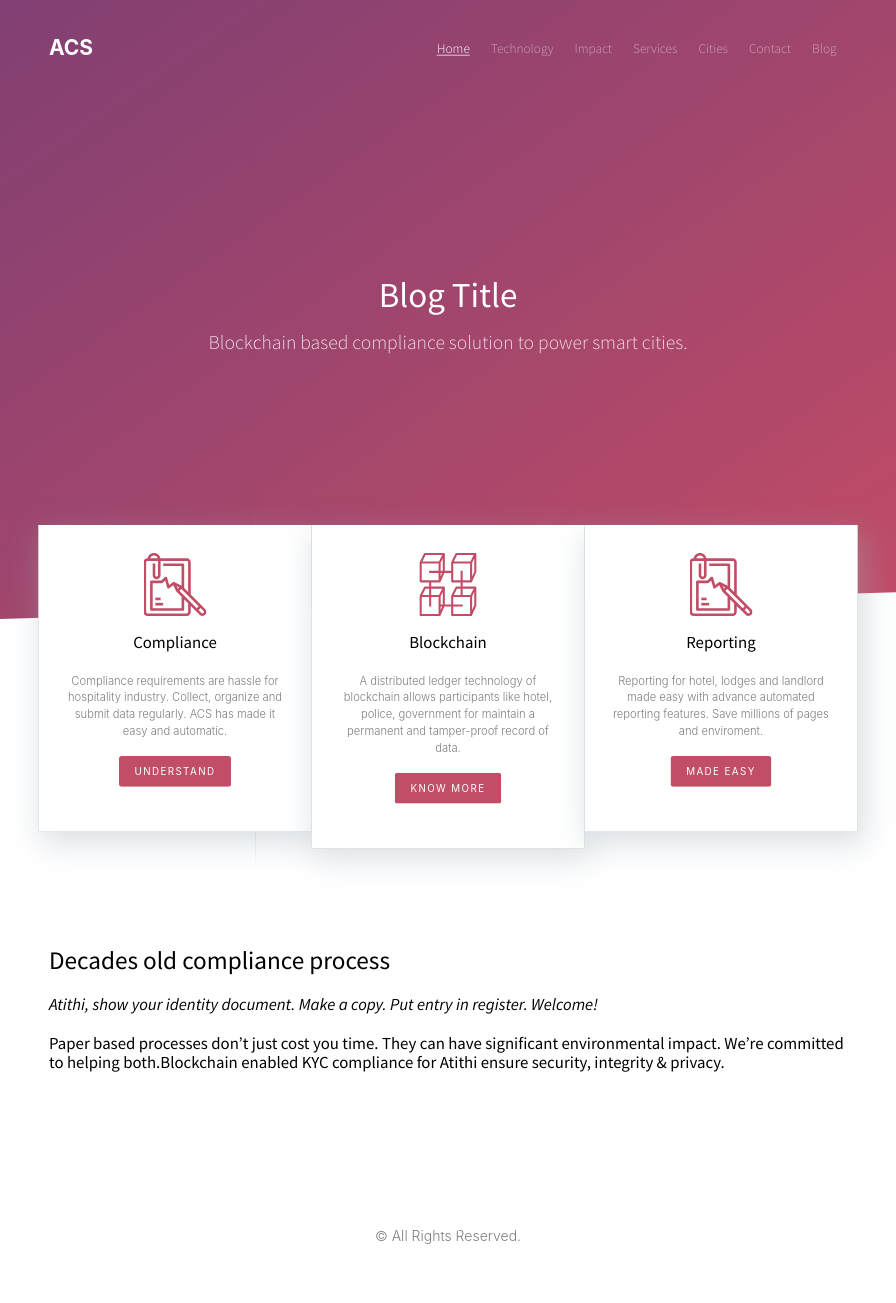
Repository: agarwalrahul-22/acs
Page: /blog
These files come from the project's save history. The page is drawn as it stood at one moment and after the next save; the edit follows.
The browser window is 1280 px wide. The pictures show the whole page, at 70% of full size.
Some web fonts or font styles are not loaded; a fallback is used. The project was rebuilt for these pictures with package versions that can differ from the ones it lists, and the page was loaded fresh each time. Also part of the build but not shown: src/components/main/LandingComponent.js, src/components/main/TechComponent.js, src/components/main/ImpactComponent.js, src/components/main/ServicesComponent.js, src/components/main/CitiesComponent.js, src/components/MainComponent.js.

Above is the page before, as saved 2022-10-10 21:58:22.

After the next save:
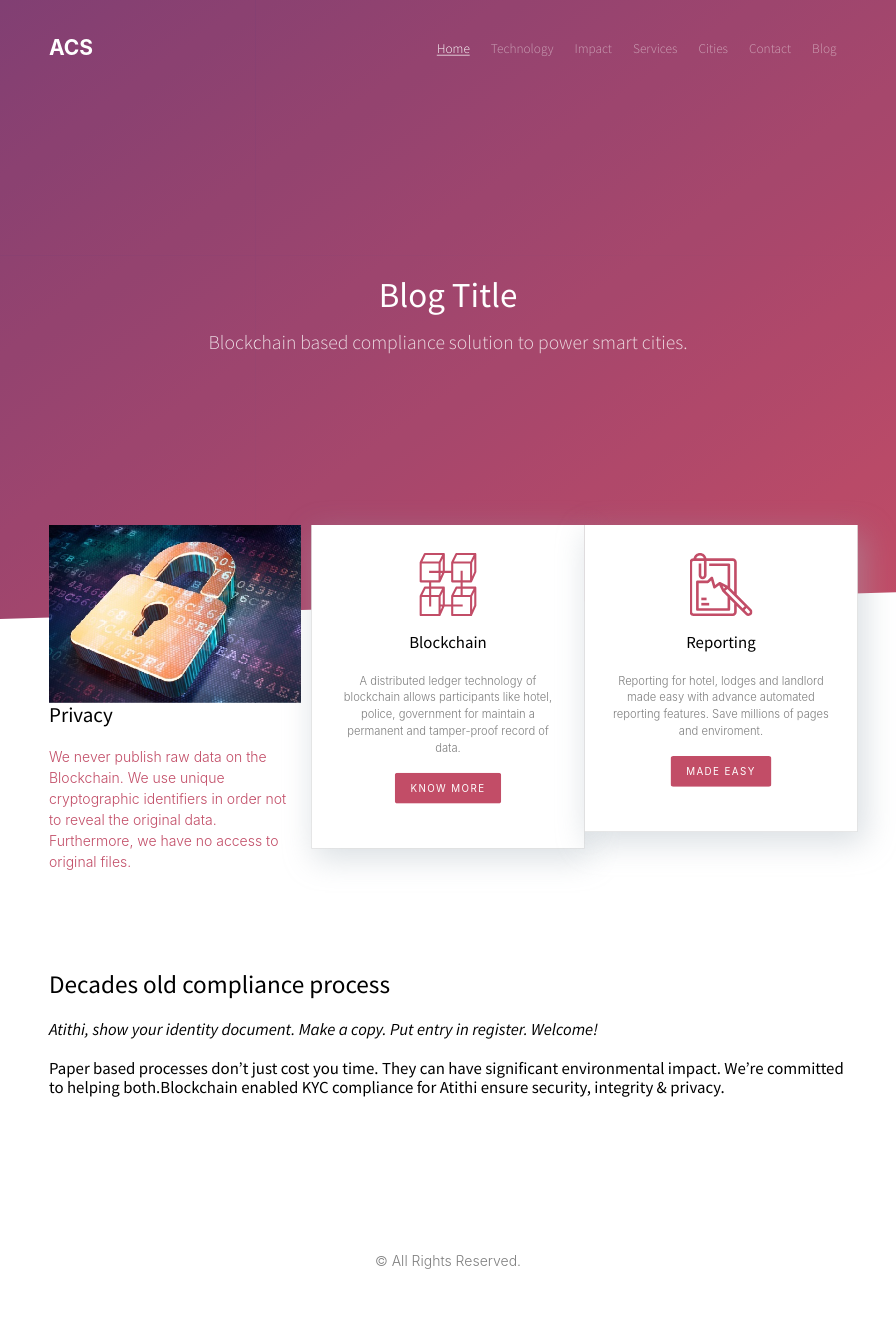
Saved 91 s later.
--- a/src/components/BlogComponent.js
+++ b/src/components/BlogComponent.js
@@ -33,27 +33,22 @@ function BlogComponent() {
       <section id="fh5co-intro">
         <div className="container">
           <div className="row row-bottom-padded-lg">
-            <div
-              className="fh5co-block to-animate"
-              style={{ backgroundImage: { img7 } }}
-            >
-              <div className="overlay-darker"></div>
-              <div className="overlay"></div>
-              <div className="fh5co-text">
-                <img src={report} style={{ width: 90, height: 90 }} alt="" />
-                <p></p>
-                <h2>Compliance</h2>
-                <p>
-                  Compliance requirements are hassle for hospitality industry.
-                  Collect, organize and submit data regularly. ACS has made it
-                  easy and automatic.
-                </p>
-                <p>
-                  <a href="#" className="btn btn-primary">
-                    Understand
-                  </a>
-                </p>
-              </div>
+            <div className="col-md-4 col-sm-6 col-xxs-12">
+              <a
+                href={privacy}
+                className="fh5co-project-item image-popup to-animate"
+              >
+                <img src={privacy} alt="Image" className="img-responsive" />
+                <div className="fh5co-text">
+                  <h2>Privacy</h2>
+                  <span>
+                    We never publish raw data on the Blockchain. We use unique
+                    cryptographic identifiers in order not to reveal the
+                    original data. Furthermore, we have no access to original
+                    files.
+                  </span>
+                </div>
+              </a>
             </div>
             <div
               className="fh5co-block to-animate"
